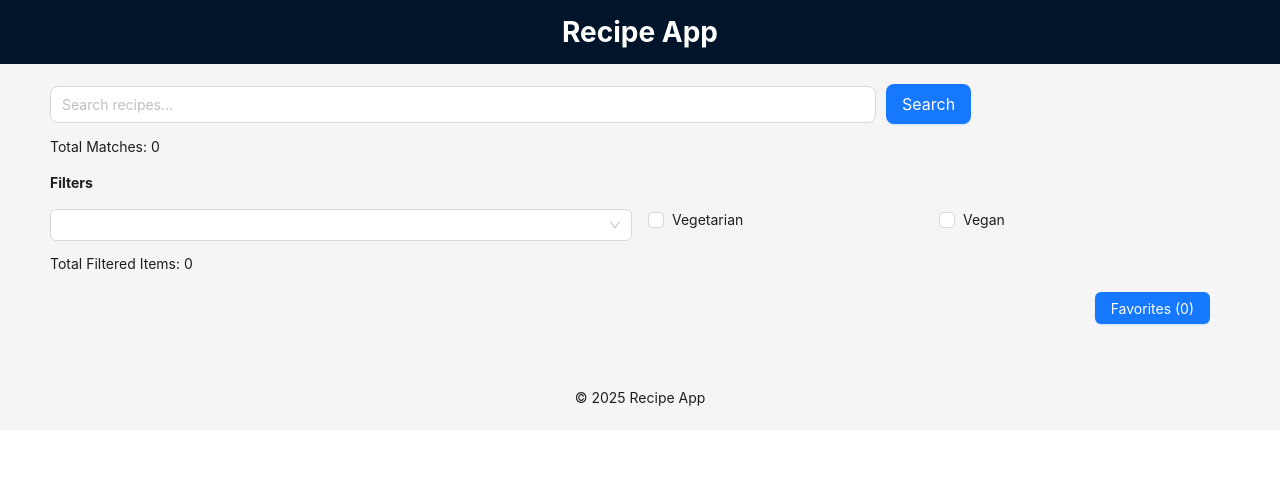
Repository: LearnTek-In-Private-Limited/recipie-era-premier
Page: /
An editor plug-in stored every save of this project. The page is shown before and after the next save, followed by the edit.
The browser window is 1280 px wide. The pictures show the whole page.
The page's requests for data from a server got no answer. The project was rebuilt for these pictures with package versions that can differ from the ones it lists, and the page was loaded fresh each time. No one was signed in, and anything a server would have sent is missing.

Above is the page before, as saved 2025-01-25 20:05:25.

### src/App.js
import React from 'react';
import { Provider } from 'react-redux';
import store from './redux/store';
import RecipeList from './components/RecipeList';
import SearchBar from './components/SearchBar';
import FilterOptions from './components/FilterOptions';
import FavoritesButton from './components/FavoritesButton';
import { Layout, Row, Col } from 'antd';

const { Header, Content, Footer } = Layout;

function App() {
  return (
    <Provider store={store}>
      <Layout>
        <Header style={{ backgroundColor: '#001529', color: 'white', textAlign: 'center' }}>
          <h1 style={{ color: 'white', margin: 0 }}>Recipe App</h1>
        </Header>
        <Content style={{ padding: '20px 50px' }}>
          <Row gutter={[16, 16]}>
            {/* Filters and Search Bar */}
            <Col span={24}>
              <SearchBar />
              <FilterOptions />
                  {/* Favorites Button */}
          < FavoritesButton />
            </Col>
          </Row>

          <Row gutter={[16, 16]}>
            {/* Recipe List */}
            <Col span={24}>
              <RecipeList />
            </Col>
          </Row>


        </Content>
        <Footer style={{ textAlign: 'center' }}>© 2025 Recipe App</Footer>
      </Layout>
    </Provider>
  );
}

export default App;

### src/redux/store.js
import { createStore, combineReducers, applyMiddleware } from 'redux';
import {thunk} from 'redux-thunk';
import { recipeReducer, favoriteReducer } from '../redux/reducers/recipeReducer';

const rootReducer = combineReducers({
  recipes: recipeReducer,
  favorites: favoriteReducer,
});

const store = createStore(rootReducer, applyMiddleware(thunk));

export default store;

### src/components/RecipeList.js
import React, { useState, useEffect } from 'react';
import { Card, Col, Row, Button, Modal } from 'antd';
import { useDispatch, useSelector } from 'react-redux';
import { fetchRecipes, toggleFavorite } from '../redux/actions/recipeActions';

const RecipeList = () => {
  const dispatch = useDispatch();
  const recipes = useSelector((state) => state.recipes.recipes);
  const favorites = useSelector((state) => state.favorites);
  const [selectedRecipe, setSelectedRecipe] = useState(null);

  // Fetch recipes on mount
  useEffect(() => {
    dispatch(fetchRecipes());
  }, [dispatch]);

  const isFavorite = (recipe) => favorites.some((fav) => fav.label === recipe.label);

  const handleRecipeClick = (recipe) => {
    setSelectedRecipe(recipe);
  };

  const handleCloseModal = () => {
    setSelectedRecipe(null);
  };

  const toggleFavoriteStatus = (recipe) => {
    dispatch(toggleFavorite(recipe));
  };

  return (
    <>
      <Row gutter={[16, 16]}>
        {recipes.map((recipe, index) => (
          <Col xs={24} sm={12} md={8} lg={6} key={index}>
            <Card
              hoverable
              style={{ height: '100%', display: 'flex', flexDirection: 'column', justifyContent: 'space-between' }}
              cover={
                <img
                  alt={recipe.label}
                  src={recipe.image}
                  style={{ height: '200px', objectFit: 'cover' }}
                />
              }
              title={recipe.label}
              onClick={() => handleRecipeClick(recipe)} // Clicking on the card opens the modal
            >
              <p>{recipe.cuisineType?.join(', ') || 'No cuisine info'}</p>
              <Button
                type={isFavorite(recipe) ? 'danger' : 'primary'}
                onClick={(e) => {
                  e.stopPropagation(); // Prevent card click event from firing
                  toggleFavoriteStatus(recipe);
                }}
              >
                {isFavorite(recipe) ? 'Remove Favorite' : 'Add to Favorites'}
              </Button>
            </Card>
          </Col>
        ))}
      </Row>

      {/* Modal to show recipe details */}
      <Modal
        title={selectedRecipe?.label}
        visible={selectedRecipe !== null}
        onCancel={handleCloseModal}
        footer={null}
        width={800}
      >
        {selectedRecipe && (
          <div>
            <img
              alt={selectedRecipe.label}
              src={selectedRecipe.image}
              style={{ width: '100%', height: 'auto', objectFit: 'cover' }}
            />
            <h3>Ingredients</h3>
            <ul>
              {selectedRecipe.ingredients.map((ingredient, index) => (
                <li key={index}>{ingredient.text}</li>
              ))}
            </ul>
            <h3>Instructions</h3>
            <p>{selectedRecipe.instructions}</p>
            <p><strong>Preparation time:</strong> {selectedRecipe.totalTime} minutes</p>
            <p><strong>Serving size:</strong> {selectedRecipe.yield} servings</p>
          </div>
        )}
      </Modal>
    </>
  );
};

export default RecipeList;

### src/components/SearchBar.js
import React, { useState, useEffect } from 'react';
import { Input, Button, message, AutoComplete } from 'antd';
import { useDispatch, useSelector } from 'react-redux';
import { fetchRecipes } from '../redux/actions/recipeActions';

const SearchBar = () => {
  const [query, setQuery] = useState('');
  const [suggestions, setSuggestions] = useState([]);
  const dispatch = useDispatch();
  const recipeData = useSelector((state) => state.recipes.recipes);
  const allRecipes = useSelector((state) => state.recipes.allRecipes); // Assuming allRecipes stores all available recipes

  // Fetch recipes when query is updated
  useEffect(() => {
    if (query) {
      // Fetch suggestions based on the query
      fetch(`https://api.edamam.com/search?q=${query}&app_id=a5de3521&app_key=28f8a20bd893e2740e68d4bbb349b977&from=0&to=5`)
        .then((response) => response.json())
        .then((data) => {
          const suggestions = data.hits.map((hit) => hit.recipe.label);
          setSuggestions(suggestions);
        });
    } else {
      setSuggestions([]);  // Clear suggestions when query is empty
    }
  }, [query]);

  // Fetch all recipes when the app initially loads (useEffect)
  useEffect(() => {
    if (!recipeData.length && !query) {
      dispatch(fetchRecipes()); // Fetch all recipes when there is no query
    }
  }, [dispatch, recipeData.length, query]);

  const handleSearch = () => {
    if (!query) {
      message.warning('Please enter a search query');
      return;
    }
    dispatch(fetchRecipes(query)); // Fetch recipes based on the query
  };

  // Get the count of matched recipes or total recipes (if no search)
  const recipeCount = query
    ? (recipeData && recipeData.length) || 0
    : (allRecipes && allRecipes.length) || 0;

  return (
    <div className="mb-4">
      <AutoComplete
        style={{ width: '70%', marginRight: '10px' }}
        options={suggestions.map((suggestion) => ({
          value: suggestion,
        }))}
        onSelect={(value) => setQuery(value)} // Set the query when a suggestion is selected
      >
        <Input
          placeholder="Search recipes..."
          value={query}
          onChange={(e) => setQuery(e.target.value)}
          size="large"
          onPressEnter={handleSearch} // Allow "Enter" key to trigger search
        />
      </AutoComplete>
      <Button type="primary" size="large" onClick={handleSearch}>
        Search
      </Button>

      <div style={{ marginTop: '10px' }}>
        <p>Total Matches: {recipeCount}</p>
      </div>
    </div>
  );
};

export default SearchBar;

### src/components/FilterOptions.js
import React, { useEffect, useState } from 'react';
import { Select, Checkbox, Row, Col, message } from 'antd';
import { useDispatch, useSelector } from 'react-redux';
import { fetchRecipes } from '../redux/actions/recipeActions';

const { Option } = Select;

const FilterOptions = () => {
  const dispatch = useDispatch();
  const [selectedCategory, setSelectedCategory] = useState('');
  const [selectedDietary, setSelectedDietary] = useState([]);

  const recipeData = useSelector((state) => state.recipes.recipes); // The filtered recipe data from the store

  const handleCategoryChange = (value) => {
    setSelectedCategory(value);
    // Dispatch action to fetch filtered recipes based on category
    dispatch(fetchRecipes({ category: value, dietary: selectedDietary }));
  };

  const handleDietaryChange = (checkedValues) => {
    setSelectedDietary(checkedValues);
    // Dispatch action to fetch filtered recipes based on dietary preferences
    dispatch(fetchRecipes({ category: selectedCategory, dietary: checkedValues }));
  };

  const totalFilteredItems = recipeData ? recipeData.length : 0;

  return (
    <div className="mb-4">
      <h4>Filters</h4>
      <Row gutter={16}>
        <Col md={12}>
          <Select
            style={{ width: '100%' }}
            placeholder="Select a category"
            onChange={handleCategoryChange}
            value={selectedCategory}
          >
            <Option value="breakfast">Breakfast</Option>
            <Option value="lunch">Lunch</Option>
            <Option value="dinner">Dinner</Option>
          </Select>
        </Col>
        <Col md={12}>
          <Checkbox.Group style={{ width: '100%' }} onChange={handleDietaryChange} value={selectedDietary}>
            <Row>
              <Col span={12}>
                <Checkbox value="vegetarian">Vegetarian</Checkbox>
              </Col>
              <Col span={12}>
                <Checkbox value="vegan">Vegan</Checkbox>
              </Col>
            </Row>
          </Checkbox.Group>
        </Col>
      </Row>
      {/* Display the total number of filtered items */}
      <div style={{ marginTop: '10px' }}>
        <p>Total Filtered Items: {totalFilteredItems}</p>
      </div>
    </div>
  );
};

export default FilterOptions;

### src/components/FavoritesButton.js
import React, { useState } from 'react';
import { Button, Modal, Row, Col, Card } from 'antd';
import { useSelector } from 'react-redux';

const FavoritesButton = () => {
  const [isModalVisible, setIsModalVisible] = useState(false);
  const favorites = useSelector((state) => state.favorites);

  const showModal = () => {
    setIsModalVisible(true);
  };

  const handleClose = () => {
    setIsModalVisible(false);
  };

  return (
    <div style={{ textAlign: 'right', margin: '20px' }}>
      {/* Favorites Button */}
      <Button type="primary" onClick={showModal}>
        Favorites ({favorites.length})
      </Button>

      {/* Modal to Show Favorites */}
      <Modal
        title="Your Favorites"
        visible={isModalVisible}
        onCancel={handleClose}
        footer={null}
        width={800}
      >
        <Row gutter={[16, 16]}>
          {favorites.length > 0 ? (
            favorites.map((recipe, index) => (
              <Col xs={24} sm={12} md={8} key={index}>
                <Card
                  hoverable
                  style={{
                    height: '100%',  // Ensure the card takes full height
                    display: 'flex',
                    flexDirection: 'column',
                    justifyContent: 'space-between',
                  }}
                  cover={<img alt={recipe.label} src={recipe.image} style={{ height: '200px', objectFit: 'cover' }} />}
                  title={recipe.label}
                >
                  <p>{recipe.cuisineType?.join(', ') || 'No cuisine info'}</p>
                </Card>
              </Col>
            ))
          ) : (
            <p style={{ textAlign: 'center', width: '100%' }}>No favorite recipes added yet.</p>
          )}
        </Row>
      </Modal>
    </div>
  );
};

export default FavoritesButton;

### src/redux/reducers/recipeReducer.js
const initialState = {
  recipes: [],
  loading: false,
  error: null,
};

export const recipeReducer = (state = initialState, action) => {
  switch (action.type) {
    case 'FETCH_RECIPES_SUCCESS':
      return {
        ...state,
        recipes: action.payload,
        loading: false,
      };
    case 'FETCH_RECIPES_FAILURE':
      return {
        ...state,
        loading: false,
        error: action.payload,
      };
    default:
      return state;
  }
};

const favoriteState = [];

export const favoriteReducer = (state = favoriteState, action) => {
  switch (action.type) {
    case 'TOGGLE_FAVORITE':
      const recipeExists = state.some((fav) => fav.label === action.payload.label);
      if (recipeExists) {
        return state.filter((fav) => fav.label !== action.payload.label);
      } else {
        return [...state, action.payload];
      }
    default:
      return state;
  }
};

### src/redux/actions/recipeActions.js
import axios from 'axios';

export const fetchRecipes = (query = '') => async (dispatch) => {
  try {
    // Ensure query is not empty
    if (!query) {
      throw new Error('Search query is required');
    }

    const response = await axios.get(
      `https://api.edamam.com/search?q=${query}&app_id=a5de3521&app_key=28f8a20bd893e2740e68d4bbb349b977&from=0&to=50`
    );

    // Extract recipes from response
    const recipes = response.data.hits.map(hit => hit.recipe);

    // Dispatch success action with recipes
    dispatch({ type: 'FETCH_RECIPES_SUCCESS', payload: recipes });
  } catch (error) {
    // Dispatch failure action with error
    dispatch({ type: 'FETCH_RECIPES_FAILURE', payload: error.message });
  }
};

export const toggleFavorite = (recipe) => {
  return {
    type: 'TOGGLE_FAVORITE',
    payload: recipe,
  };
};

Loaded but not shown: public/index.html (common file); src/index.js (common file); src/index.css (common file); src/reportWebVitals.js (common file)

After the next save:
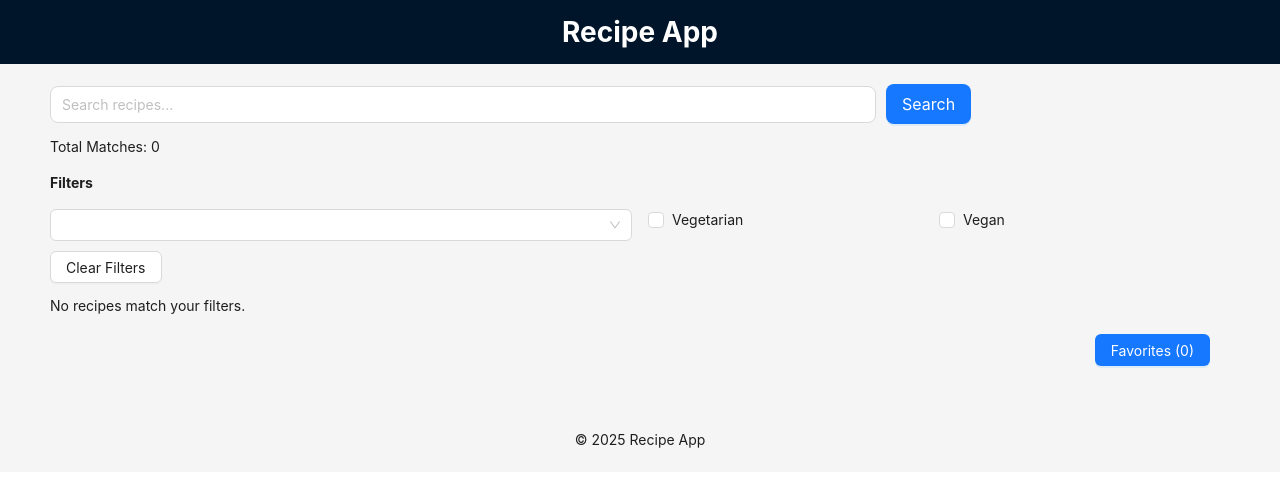
Saved 114 s later.
--- a/src/components/FilterOptions.js
+++ b/src/components/FilterOptions.js
@@ -1,5 +1,5 @@
 import React, { useEffect, useState } from 'react';
-import { Select, Checkbox, Row, Col, message } from 'antd';
+import { Select, Checkbox, Row, Col, Button, message } from 'antd';
 import { useDispatch, useSelector } from 'react-redux';
 import { fetchRecipes } from '../redux/actions/recipeActions';
 
@@ -12,19 +12,36 @@
 
   const recipeData = useSelector((state) => state.recipes.recipes); // The filtered recipe data from the store
 
+  // Handle category selection
   const handleCategoryChange = (value) => {
     setSelectedCategory(value);
-    // Dispatch action to fetch filtered recipes based on category
+    // Dispatch action to fetch filtered recipes based on category and dietary preferences
     dispatch(fetchRecipes({ category: value, dietary: selectedDietary }));
   };
 
+  // Handle dietary preference selection
   const handleDietaryChange = (checkedValues) => {
     setSelectedDietary(checkedValues);
-    // Dispatch action to fetch filtered recipes based on dietary preferences
+    // Dispatch action to fetch filtered recipes based on dietary preferences and category
     dispatch(fetchRecipes({ category: selectedCategory, dietary: checkedValues }));
   };
 
+  // Clear filters to reset the view
+  const handleClearFilters = () => {
+    setSelectedCategory('');
+    setSelectedDietary([]);
+    dispatch(fetchRecipes({ category: '', dietary: [] })); // Fetch all recipes again
+  };
+
+  // Count the number of filtered items
   const totalFilteredItems = recipeData ? recipeData.length : 0;
+
+  useEffect(() => {
+    // Fetch all recipes when no filters are selected
+    if (!selectedCategory && selectedDietary.length === 0) {
+      dispatch(fetchRecipes({ category: '', dietary: [] }));
+    }
+  }, [dispatch, selectedCategory, selectedDietary]);
 
   return (
     <div className="mb-4">
@@ -55,9 +72,21 @@
           </Checkbox.Group>
         </Col>
       </Row>
+
+      {/* Clear Filters Button */}
+      <div style={{ marginTop: '10px' }}>
+        <Button type="default" onClick={handleClearFilters}>
+          Clear Filters
+        </Button>
+      </div>
+
       {/* Display the total number of filtered items */}
       <div style={{ marginTop: '10px' }}>
-        <p>Total Filtered Items: {totalFilteredItems}</p>
+        {totalFilteredItems > 0 ? (
+          <p>Total Filtered Items: {totalFilteredItems}</p>
+        ) : (
+          <p>No recipes match your filters.</p>
+        )}
       </div>
     </div>
   );

After the 3 saves that followed:
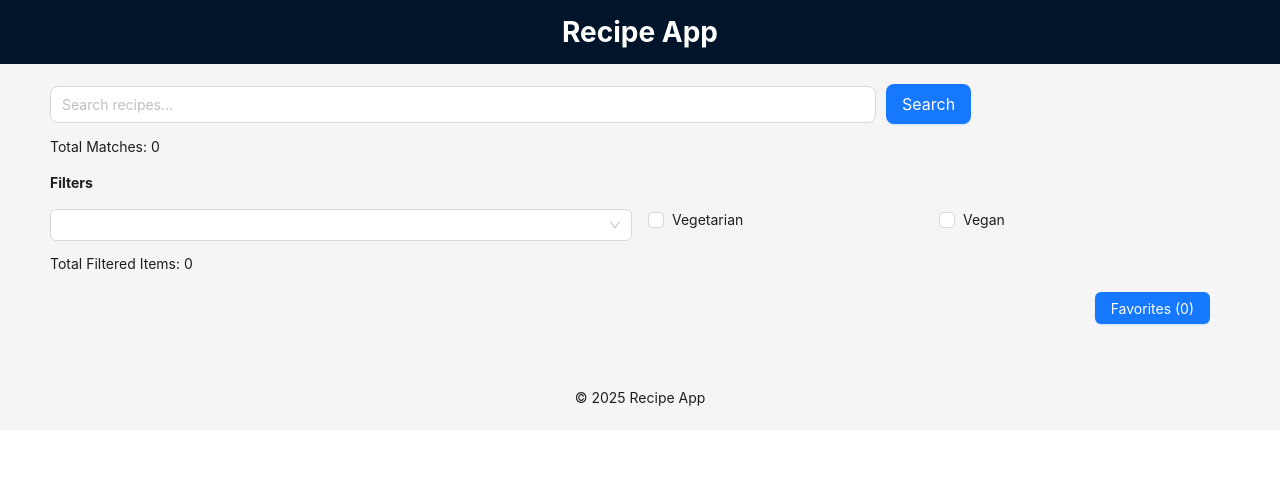
The 3 saves are shown as one change because 2 did not build or start.
The last was saved 2 min 46 s later.
--- a/src/components/FilterOptions.js
+++ b/src/components/FilterOptions.js
@@ -1,5 +1,6 @@
-import React, { useEffect, useState } from 'react';
-import { Select, Checkbox, Row, Col, Button, message } from 'antd';
+// components/FilterOptions.js
+import React, { useState } from 'react';
+import { Select, Checkbox, Row, Col, message } from 'antd';
 import { useDispatch, useSelector } from 'react-redux';
 import { fetchRecipes } from '../redux/actions/recipeActions';
 
@@ -10,38 +11,25 @@
   const [selectedCategory, setSelectedCategory] = useState('');
   const [selectedDietary, setSelectedDietary] = useState([]);
 
-  const recipeData = useSelector((state) => state.recipes.recipes); // The filtered recipe data from the store
+  // Get filtered recipes from the Redux store
+  const recipeData = useSelector((state) => state.recipes.recipes);
 
-  // Handle category selection
+  // Handle category change
   const handleCategoryChange = (value) => {
     setSelectedCategory(value);
-    // Dispatch action to fetch filtered recipes based on category and dietary preferences
+    // Dispatch action to fetch filtered recipes based on category and dietary filters
     dispatch(fetchRecipes({ category: value, dietary: selectedDietary }));
   };
 
-  // Handle dietary preference selection
+  // Handle dietary change
   const handleDietaryChange = (checkedValues) => {
     setSelectedDietary(checkedValues);
-    // Dispatch action to fetch filtered recipes based on dietary preferences and category
+    // Dispatch action to fetch filtered recipes based on category and dietary filters
     dispatch(fetchRecipes({ category: selectedCategory, dietary: checkedValues }));
   };
 
-  // Clear filters to reset the view
-  const handleClearFilters = () => {
-    setSelectedCategory('');
-    setSelectedDietary([]);
-    dispatch(fetchRecipes({ category: '', dietary: [] })); // Fetch all recipes again
-  };
-
-  // Count the number of filtered items
+  // Calculate total filtered items
   const totalFilteredItems = recipeData ? recipeData.length : 0;
-
-  useEffect(() => {
-    // Fetch all recipes when no filters are selected
-    if (!selectedCategory && selectedDietary.length === 0) {
-      dispatch(fetchRecipes({ category: '', dietary: [] }));
-    }
-  }, [dispatch, selectedCategory, selectedDietary]);
 
   return (
     <div className="mb-4">
@@ -60,7 +48,11 @@
           </Select>
         </Col>
         <Col md={12}>
-          <Checkbox.Group style={{ width: '100%' }} onChange={handleDietaryChange} value={selectedDietary}>
+          <Checkbox.Group
+            style={{ width: '100%' }}
+            onChange={handleDietaryChange}
+            value={selectedDietary}
+          >
             <Row>
               <Col span={12}>
                 <Checkbox value="vegetarian">Vegetarian</Checkbox>
@@ -73,20 +65,9 @@
         </Col>
       </Row>
 
-      {/* Clear Filters Button */}
-      <div style={{ marginTop: '10px' }}>
-        <Button type="default" onClick={handleClearFilters}>
-          Clear Filters
-        </Button>
-      </div>
-
       {/* Display the total number of filtered items */}
       <div style={{ marginTop: '10px' }}>
-        {totalFilteredItems > 0 ? (
-          <p>Total Filtered Items: {totalFilteredItems}</p>
-        ) : (
-          <p>No recipes match your filters.</p>
-        )}
+        <p>Total Filtered Items: {totalFilteredItems}</p>
       </div>
     </div>
   );
